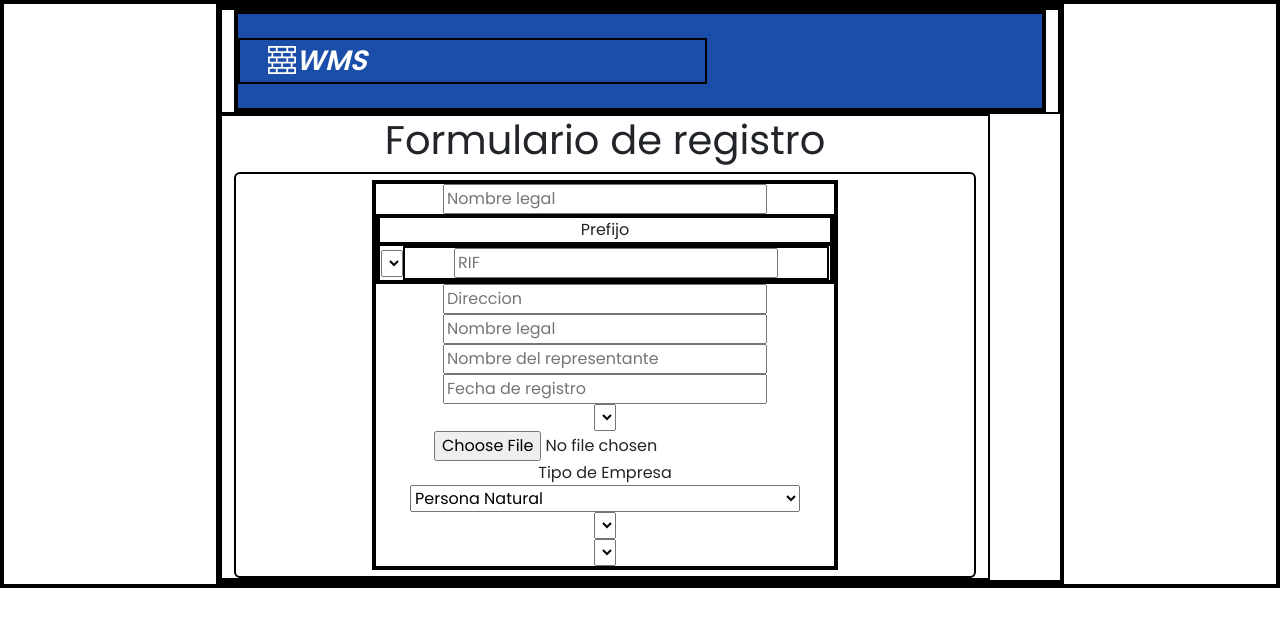
Repository: Rafa-x64/Gestion_inventario_practica
Page: http://localhost/Gestion_inventario/index.php?page=registro-empresa
The author's editor kept a copy of each file at every save. The page is drawn from the files as they stood at one save, then again after a run of saves.
The browser window is 1280 px wide. The pictures show the whole page.
The page is run by PHP 8.4 with error messages shown; the project is at /var/www/html/.

Above is the page before, as saved 2025-07-23 17:02:18.

After the next 4 saves:
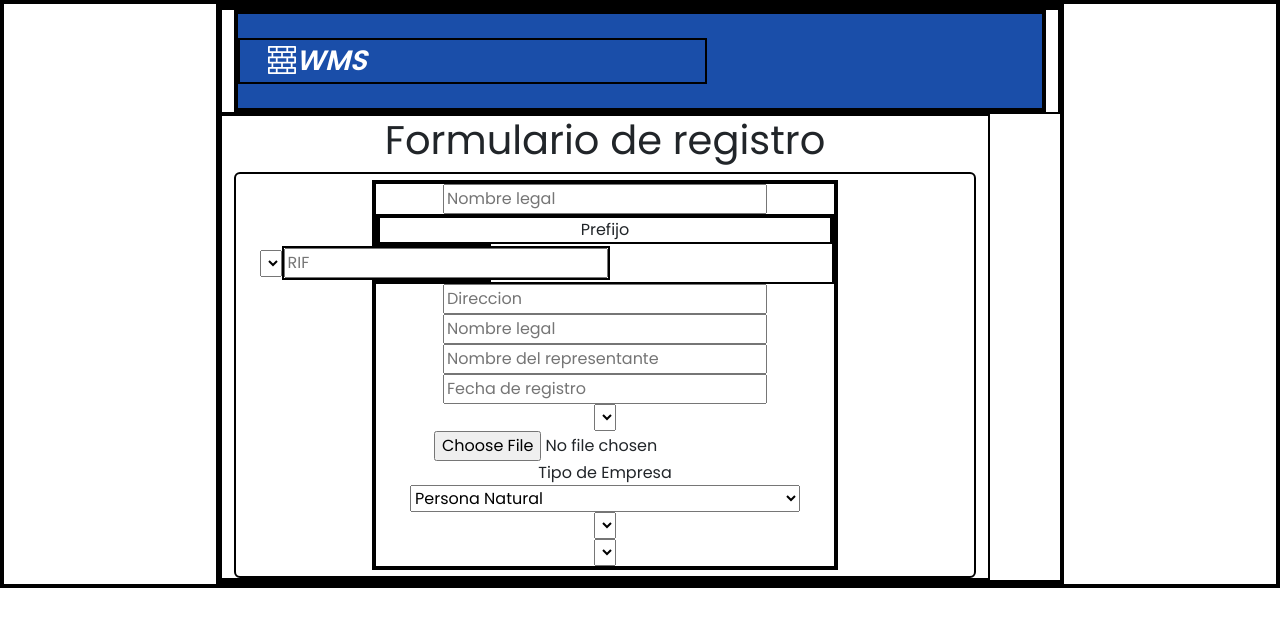
The 4 saves are shown as one change because they came seconds apart.
The last was saved 24 s later.
--- a/view/php/registro-empresa-view.php
+++ b/view/php/registro-empresa-view.php
@@ -34,14 +34,14 @@
                                     <div class="col-12 text-center">
                                         <label for="prefijo">Prefijo</label>
                                     </div>
-                                    <div class="col-12 d-flex flex-row align-items-center justify-content-center">
+                                    <div class="col-3 d-flex flex-row align-items-center justify-content-center">
                                         <select name="prefijo" id="prefijo">
                                             <option value="J"></option>
                                             <option value="G"></option>
                                             <option value="P"></option>
                                             <option value="C"></option>
                                         </select>
-                                        <div class="col-12 d-flex flex-row align-items-center justify-content-center">
+                                        <div class="col- d-flex flex-row align-items-center justify-content-center">
                                             <input type="text" name="" id="rif" placeholder="RIF">
                                         </div>
                                     </div>
